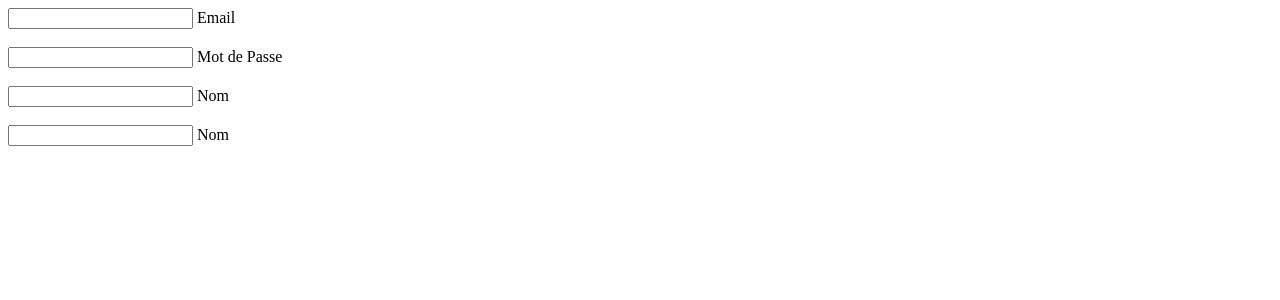
Repository: Tanox2450/ProjetFinalFrontWeb
Page: http://localhost/BoVoyageFrontOffice/fragments/formulaire.jsp
An editor plug-in stored every save of this project. The page is shown before and after the next save, followed by the edit.
The browser window is 1280 px wide. The pictures show the whole page.
The page is served by Tomcat 9. Other server files are loaded and not shown.

Above is the page before, as saved 2015-08-24 12:26:58.

### BoVoyageFrontOffice/WebContent/fragments/formulaire.jsp
<%@ page language="java" contentType="text/html; charset=UTF-8"
	pageEncoding="UTF-8"%>
<!DOCTYPE html PUBLIC "-//W3C//DTD HTML 4.01 Transitional//EN" "http://www.w3.org/TR/html4/loose.dtd">
<html>
<head>
<meta http-equiv="Content-Type" content="text/html; charset=UTF-8">
<title>Insert title here</title>
</head>
<body>
	<form method="post" action="FrontController">
		<div class="mdl-textfield mdl-js-textfield">
			<input class="mdl-textfield__input" type="text" name="email" /> <label
				class="mdl-textfield__label" for="sample1">Email</label>
		</div>
		<br />
		<div class="mdl-textfield mdl-js-textfield">
			<input class="mdl-textfield__input" type="text" name="password" /> <label
				class="mdl-textfield__label" for="sample1">Mot de Passe</label>
		</div>
		<br />
		<div class="mdl-textfield mdl-js-textfield">
			<input class="mdl-textfield__input" type="text" name="name" /> <label
				class="mdl-textfield__label" for="sample1">Nom</label>
		</div>
		<br />
		<div class="mdl-textfield mdl-js-textfield">
			<input class="mdl-textfield__input" type="text" name="sample1" /> <label
				class="mdl-textfield__label" for="sample1">Nom</label>
		</div>
	</form>
</body>
</html>

After the next save:
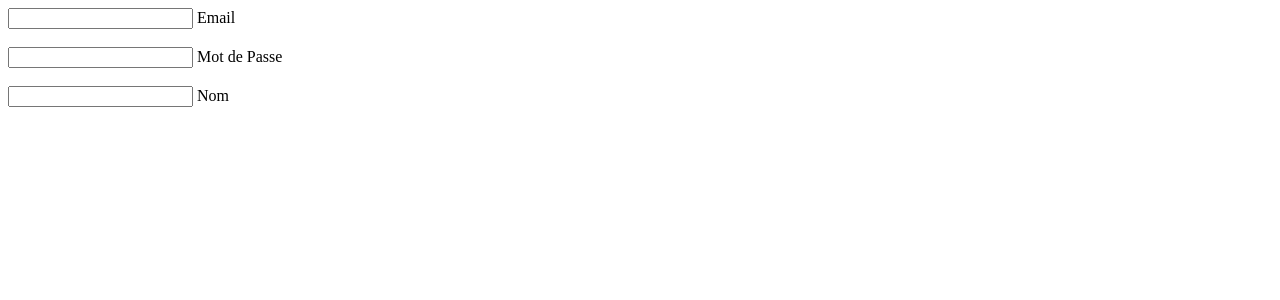
Saved 115 s later.
--- a/BoVoyageFrontOffice/WebContent/fragments/formulaire.jsp
+++ b/BoVoyageFrontOffice/WebContent/fragments/formulaire.jsp
@@ -23,10 +23,6 @@
 				class="mdl-textfield__label" for="sample1">Nom</label>
 		</div>
 		<br />
-		<div class="mdl-textfield mdl-js-textfield">
-			<input class="mdl-textfield__input" type="text" name="sample1" /> <label
-				class="mdl-textfield__label" for="sample1">Nom</label>
-		</div>
 	</form>
 </body>
 </html>
